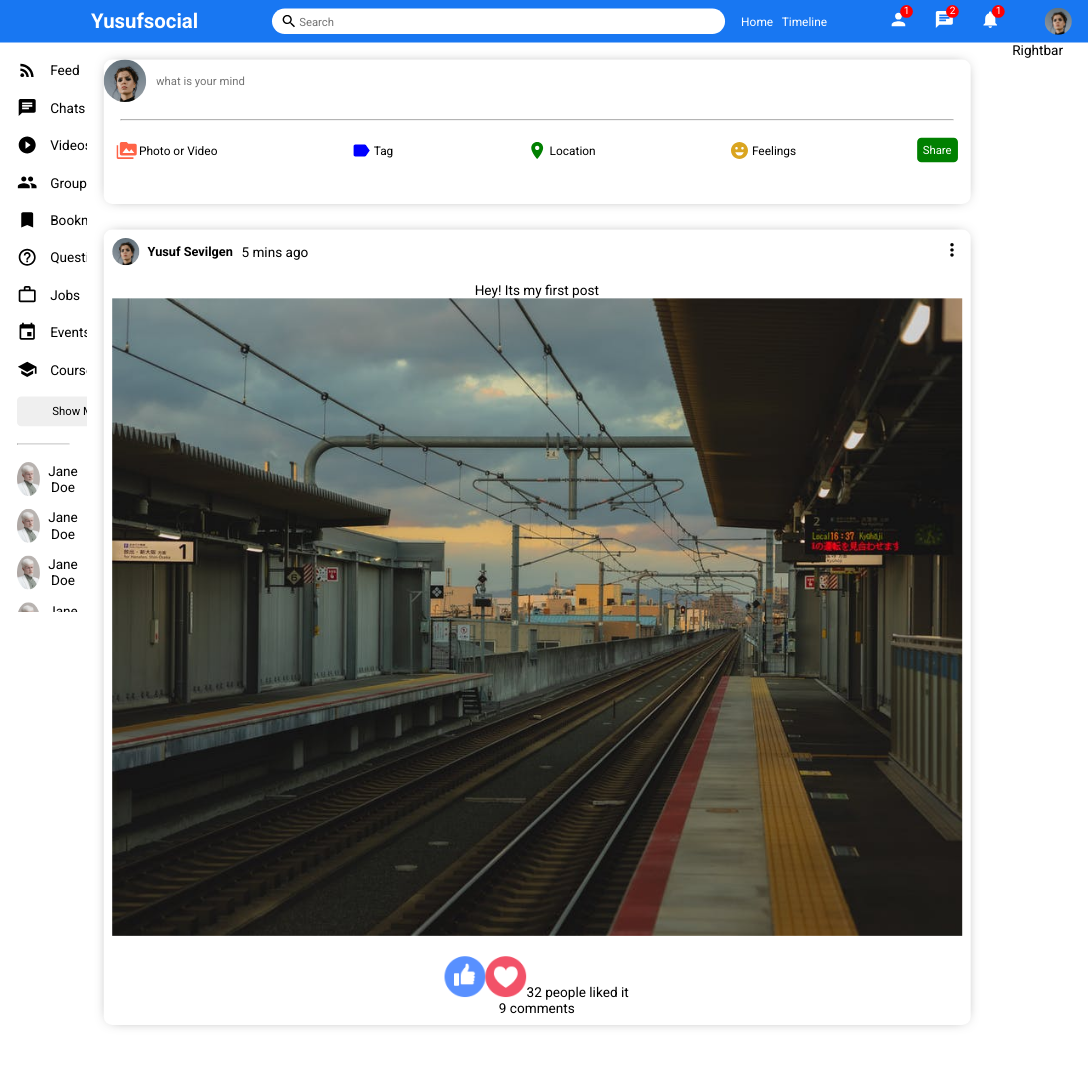
Repository: sevilgenysf/socialmediaapp
Page: /
These files come from the project's save history. The page is drawn as it stood at one moment and after the next save; the edit follows.
The browser window is 1280 px wide. The pictures show the whole page, at 85% of full size.
The project was rebuilt for these pictures with package versions that can differ from the ones it lists, and the page was loaded fresh each time.

Above is the page before, as saved 2022-02-17 10:44:10.

After the next save:
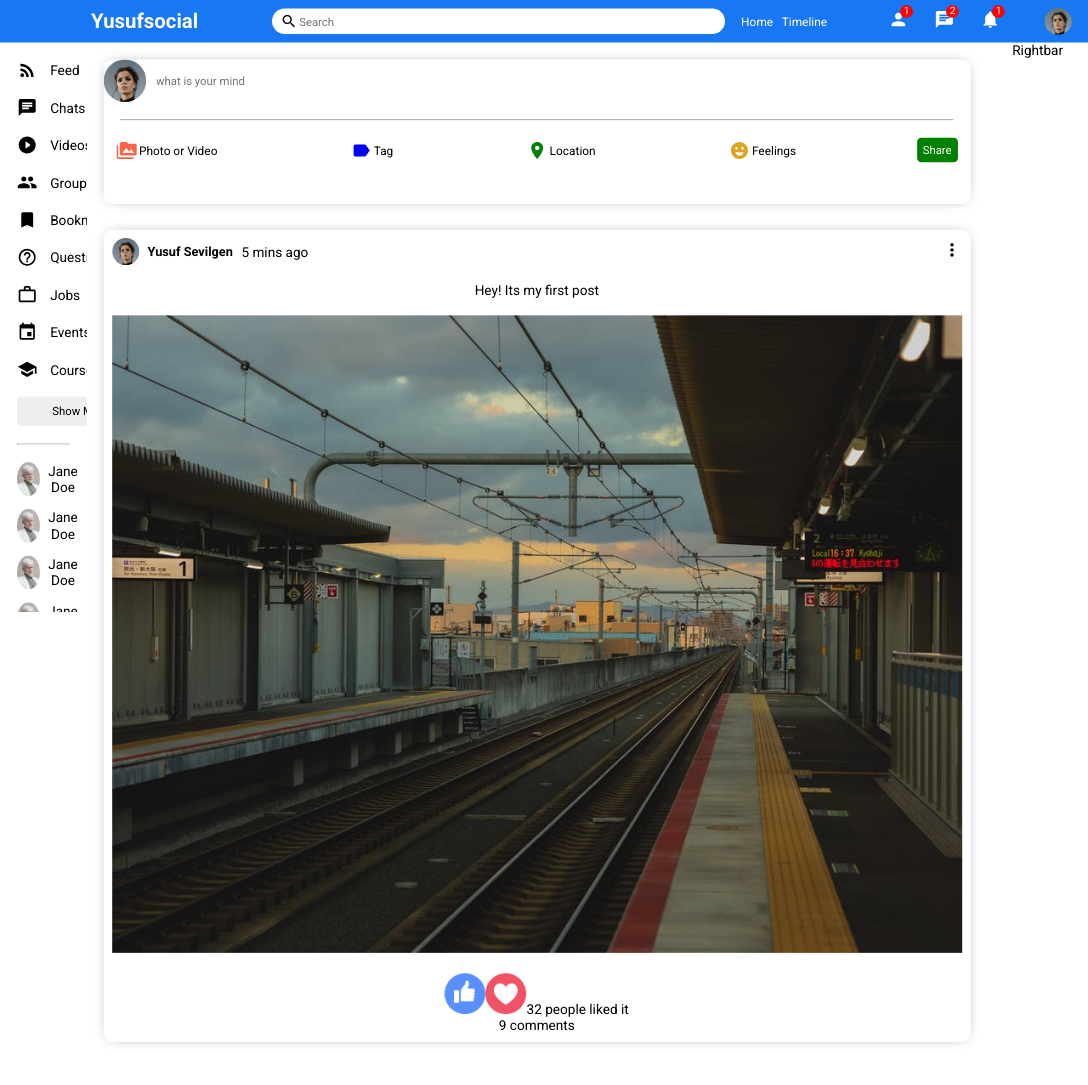
Saved 13 s later.
--- a/src/components/post/post.css
+++ b/src/components/post/post.css
@@ -41,4 +41,9 @@
 
 .postCenter {
 	margin: 20px 0;
+
 }
+
+.postImg {
+	margin-top: 20px;
+}
